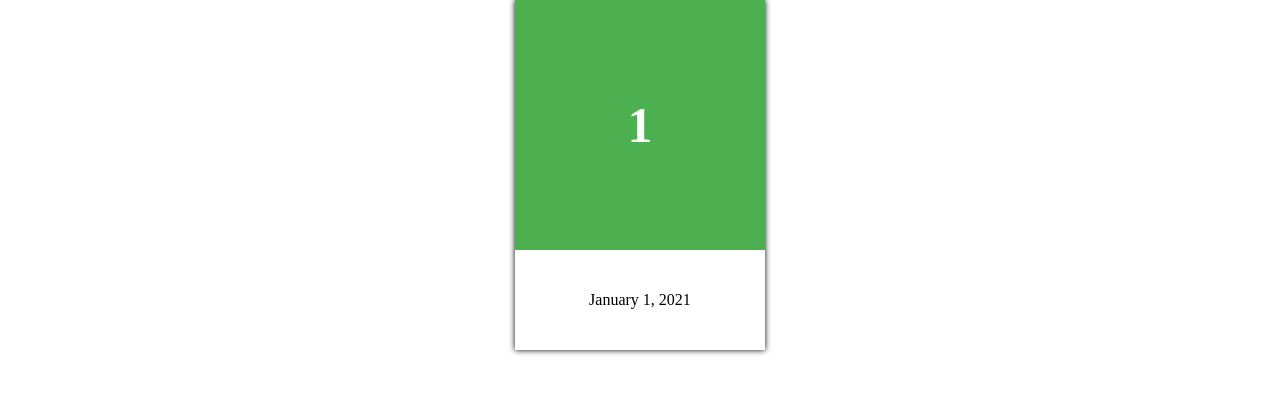
Repository: Tan-Khang21/TH_TKW--Buoi_07
Page: Bai_Tap_Tren_lop/Bai_01/Shadow4.html
An editor plug-in stored every save of this project. The page is shown before and after the next save, followed by the edit.
The browser window is 1280 px wide. The pictures show the whole page.

Above is the page before, as saved 2024-03-12 16:04:09.

After the next save:
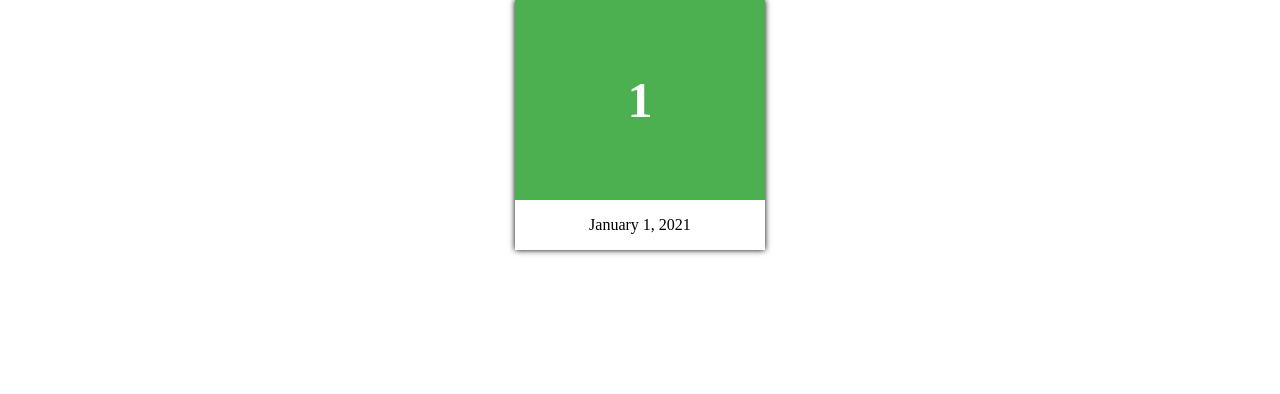
Saved 25 s later.
--- a/Bai_Tap_Tren_lop/Bai_01/style.css
+++ b/Bai_Tap_Tren_lop/Bai_01/style.css
@@ -11,7 +11,7 @@ body {
 }
 .number {
   width: 100%;
-  height: 250px;
+  height: 200px;
   display: flex;
   align-items: center;
   justify-content: center;
@@ -22,7 +22,7 @@ body {
 }
 .title {
   width: 100%;
-  height: 100px;
+  height: 50px;
   display: flex;
   align-items: center;
   justify-content: center;
